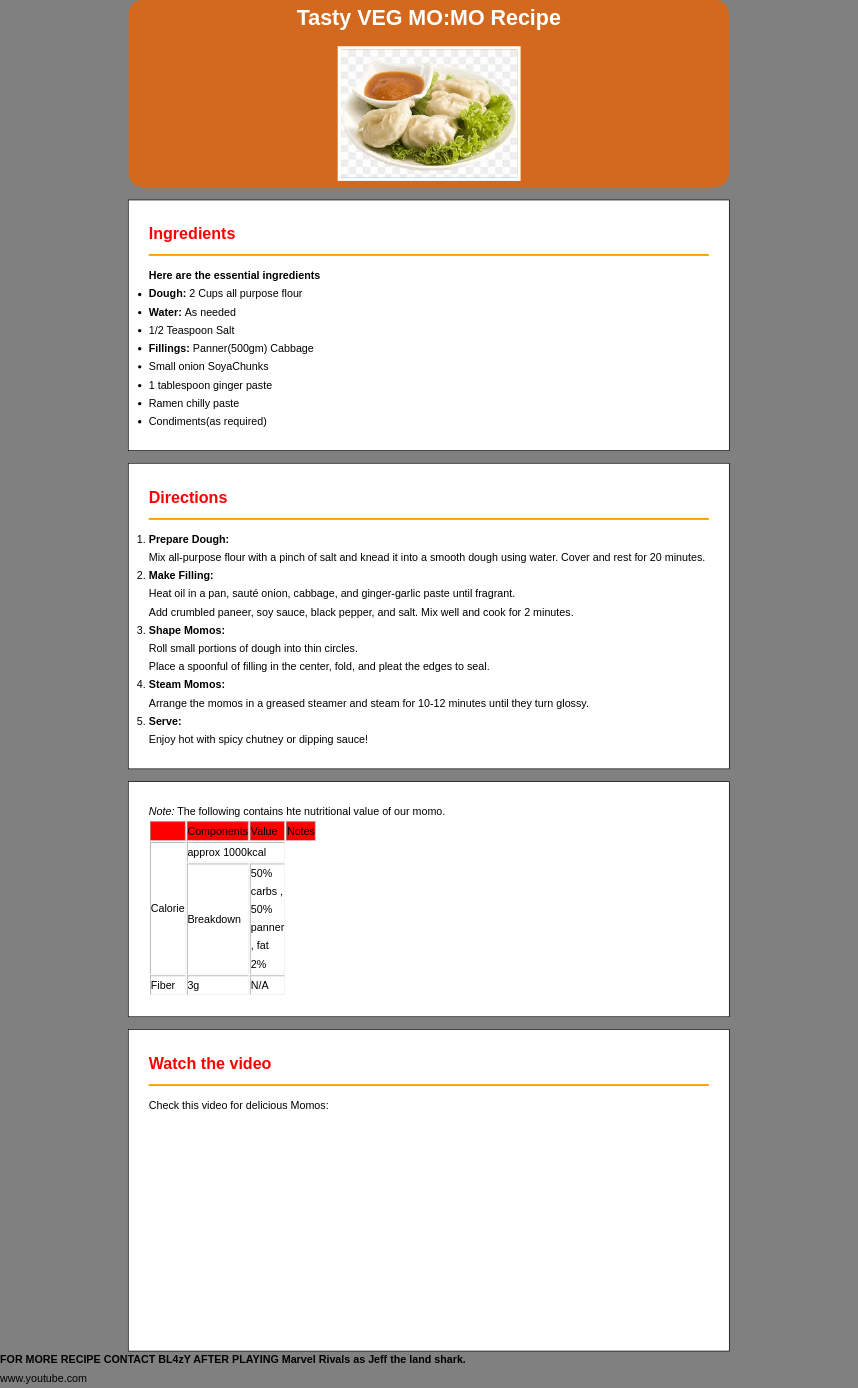
Repository: GigaByte6610/recipe
Page: index.html
An editor plug-in stored every save of this project. The page is shown before and after the next save, followed by the edit.
The browser window is 1280 px wide. The pictures show the whole page, at 67% of full size.
Pictures or frames that could not be fetched are drawn as grey boxes.

Above is the page before, as saved 2025-02-05 04:35:45.

### index.html
<!DOCTYPE html>
<html lang="en">

<head>
    <meta charset="UTF-8" />
    <meta name="viewport" content="width=device-width, initial-scale=1.0" />
    <title>My Recipe [Veg Momo]</title>
    <link rel="stylesheet" href="style.css">
</head>

<body>
    <header>
        <h1 align="center">Tasty VEG MO:MO Recipe</h1>
        <img src="momo.jpeg" alt="" />
    </header>

    <section>
        <h2>Ingredients</h2>
        <p>
            <strong> Here are the essential ingredients</strong>
        </p>
        <ul>
            <li><strong>Dough: </strong> 2 Cups all purpose flour</li>
            <li><strong>Water: </strong> As needed</li>
            <li>1/2 Teaspoon Salt</li>
            <li><strong>Fillings: </strong> Panner(500gm) Cabbage</li>
            <li>Small onion SoyaChunks</li>
            <li>1 tablespoon ginger paste</li>
            <li>Ramen chilly paste</li>
            <li>Condiments(as required)</li>
        </ul>
    </section>
    <section>
        <h2><strong>Directions</strong></h2>
        <ol>
            <li><strong>Prepare Dough: </strong><br>Mix all-purpose flour with a pinch of salt and knead it into a smooth dough using water. Cover and rest for 20 minutes.</li>
            <li><strong>Make Filling:</strong><br>Heat oil in a pan, sauté onion, cabbage, and ginger-garlic paste until fragrant. <br>Add crumbled paneer, soy sauce, black pepper, and salt. Mix well and cook for 2 minutes.</li>
            <li><strong>Shape Momos:</strong> <br>Roll small portions of dough into thin circles. <br>Place a spoonful of filling in the center, fold, and pleat the edges to seal.</li>
            <li><strong>Steam Momos:</strong> <br>Arrange the momos in a greased steamer and steam for 10-12 minutes until they turn glossy.</li>
            <li><strong>Serve:</strong> <br>Enjoy hot with spicy chutney or dipping sauce!</li>
        </ol>
    </section>
    <section>
        <p>
            <em>Note:</em> The following contains hte nutritional value of our momo.
        </p>
        <table border="2">
            <thead>
                <th>
                    <td>Components</td>
                    <td>Value</td>
                    <td>Notes</td>
                </th>
            </thead>
            <tbody>
                <tr>
                    <td rowspan="2"> Calorie</td>
                    <td colspan="2">approx 1000kcal</td>
                </tr>
                <tr>
                    <td>Breakdown</td>
                    <td>50% carbs , 50% panner , fat 2%</td>
                </tr>
                <tr>
                    <td>Fiber</td>
                    <td>3g</td>
                    <td>N/A</td>
                </tr>
            </tbody>
        </table>
    </section>
    <section>
        <h2> Watch the video</h2>
        <p>Check this video for delicious Momos: </p>
        <iframe width="560" height="315" src="https://www.youtube.com/embed/71GR1xRQzgQ?si=tbq05XnBHcNN-7Ji" title="YouTube video player" frameborder="0" allow="accelerometer; autoplay; clipboard-write; encrypted-media; gyroscope; picture-in-picture; web-share"
            referrerpolicy="strict-origin-when-cross-origin" allowfullscreen></iframe>
    </section>
    <footer>
        <p><strong>FOR MORE RECIPE CONTACT BL4zY AFTER PLAYING Marvel Rivals as Jeff the land shark.</strong></p>
    </footer>

</html>
www.youtube.com

### style.css
* {
    box-sizing: border-box;
    margin: 0px;
    padding: 0;
}

body {
    font-family: Arial, Helvetica, sans-serif;
    background-color: gray;
    line-height: 1.7;
}

header {
    background-color: chocolate;
    border: 200px;
    text-align: center;
    border-radius: 20px;
}

header h1 {
    color: white;
    margin-bottom: 15px;
    text-align: center;
}

header img {
    border: 5px solid white;
}

section,
header {
    max-width: 70%;
    margin: auto;
}

section {
    background-color: white;
    margin-top: 20px;
    padding: 30px;
    box-shadow: 0px 0px 0px 1px rgba(0, 0, 0, 2);
}

section h2 {
    color: red;
    border-bottom: 3px solid orange;
    padding-bottom: 10px;
    margin-bottom: 15px;
}

table {
    width: 100px;
    border: 0;
}

thead {
    background-color: red;
}

After the next save:
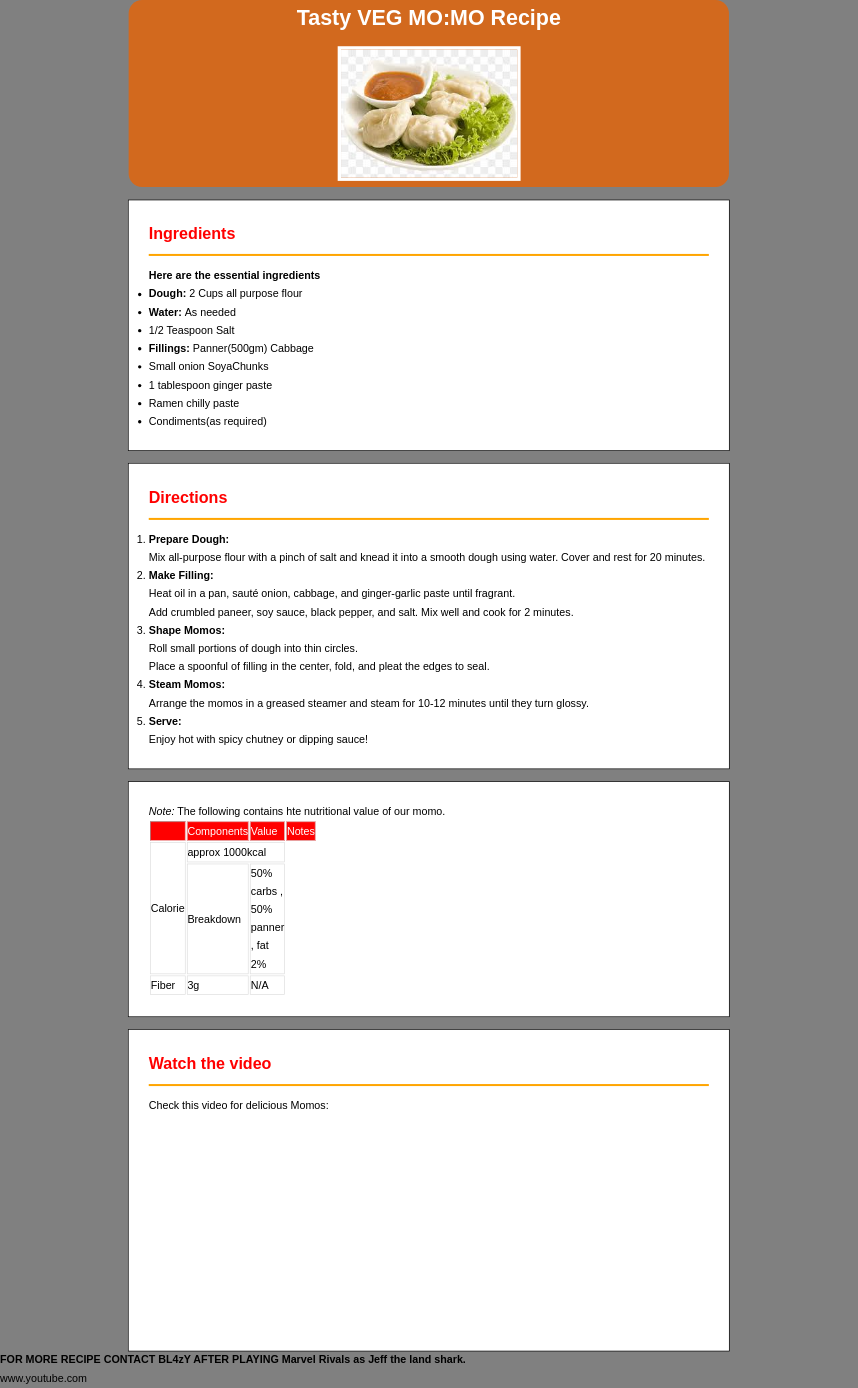
Saved 52 s later.
--- a/style.css
+++ b/style.css
@@ -54,4 +54,9 @@ table {
 
 thead {
     background-color: red;
+    color: white;
 }
+
+td {
+    border: 1px solid #ddd;
+}
